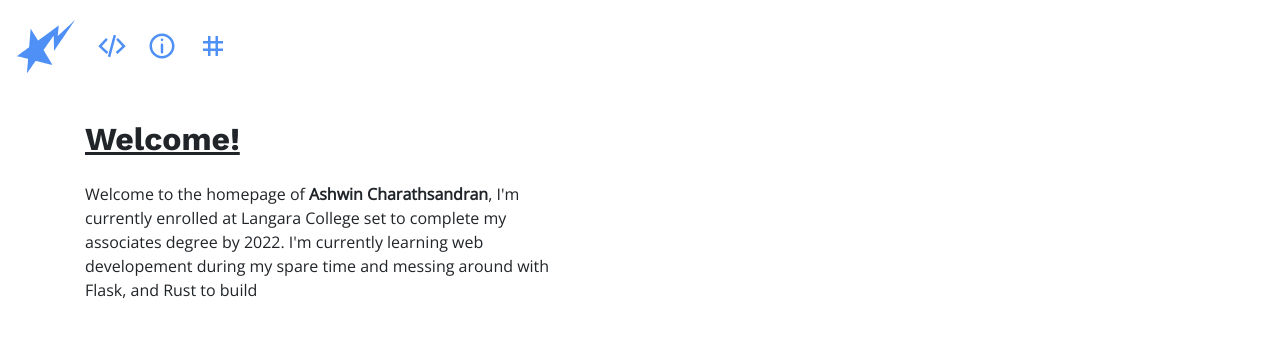
Repository: xxiz/ashwin.lol_flask
Page: http://localhost/
An editor plug-in stored every save of this project. The page is shown before and after the next save, followed by the edit.
The browser window is 1280 px wide. The pictures show the whole page.
The page is served by the project's application, run on Flask 3 (app.py).

Above is the page before, as saved 2021-08-31 17:25:33.

After the next save:
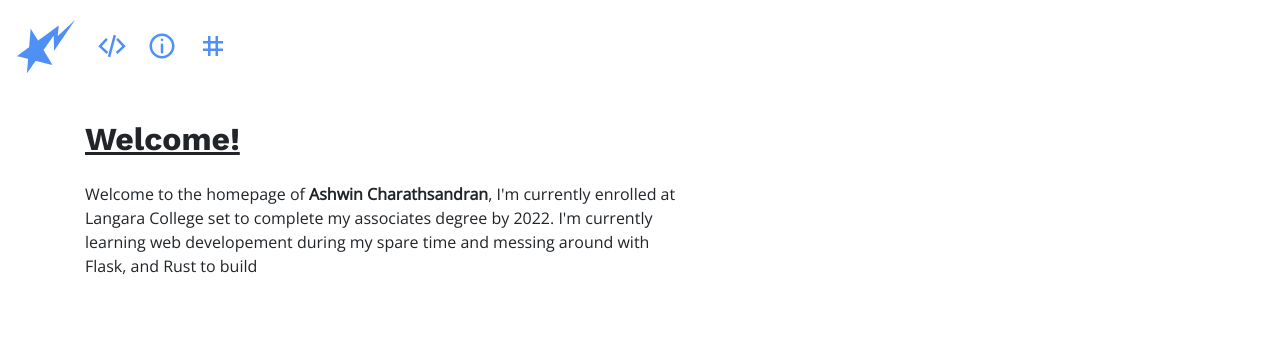
Saved 22 s later.
--- a/static/app.css
+++ b/static/app.css
@@ -20,7 +20,7 @@ p {
 }
 
 .confined {
-    max-width: 500px;
+    max-width: 600px;
 }
 
 a {
